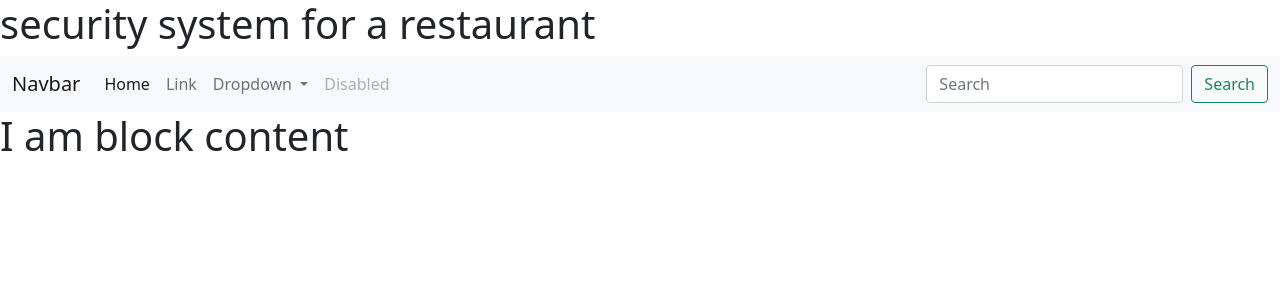
Repository: starFaby/systemSegurityRestaurant
Page: http://localhost/
These files come from the project's save history. The page is drawn as it stood at one moment and after the next save; the edit follows.
The browser window is 1280 px wide. The pictures show the whole page.
The page is served by the project's application, run on Flask 3 (project/__init__.py).

Above is the page before, as saved 2021-03-08 19:14:30.

After the next save:
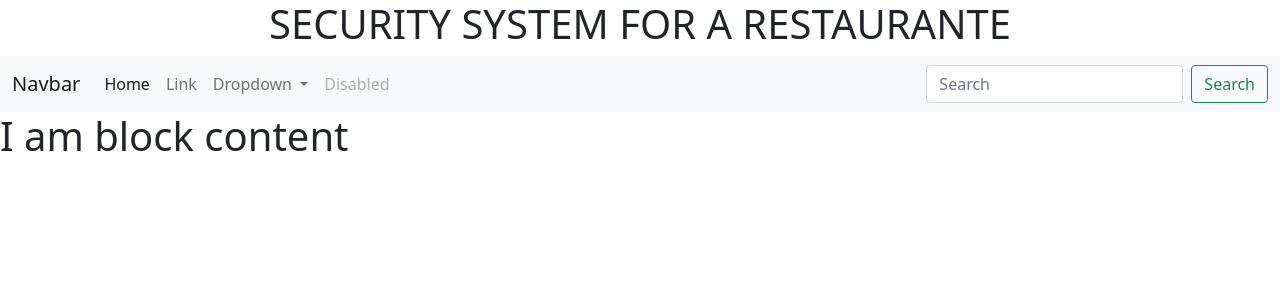
Saved 67 s later.
--- a/project/templates/frontend/layouts/header.html
+++ b/project/templates/frontend/layouts/header.html
@@ -8,6 +8,6 @@
     <link rel="stylesheet" href="{{url_for('static', filename='bootstrap/dist/css/bootstrap.min.css')}}">
 </head>
 <body>
-    <h1>security system for a restaurant</h1>
+    <h1 class="text-center">SECURITY SYSTEM FOR A RESTAURANTE</h1>
 </body>
 </html>
